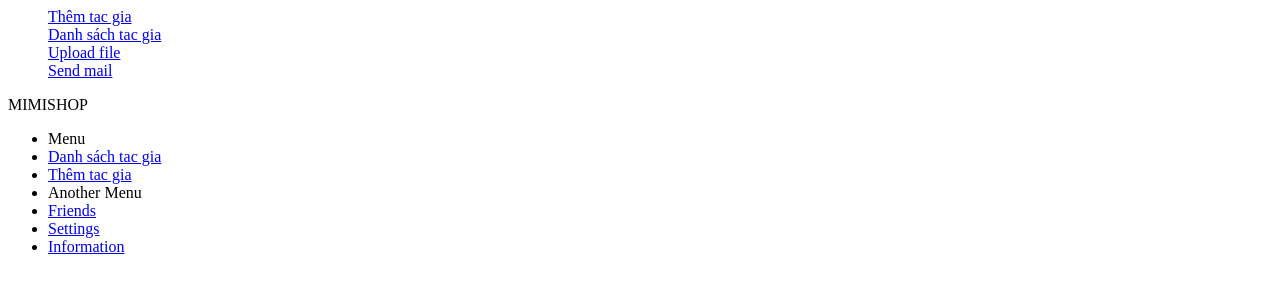
Repository: thienlong9317/testRepo
Page: http://localhost/SpringJDBC/WEB-INF/templates/thuc-don.jsp
These files come from the project's save history. The page is drawn as it stood at one moment and after the next save; the edit follows.
The browser window is 1280 px wide. The pictures show the whole page.
The page is served by Tomcat 9. Nobody is signed in. The template is opened directly, without the code that normally fills it, so the values that code supplies are empty.

Above is the page before, as saved 2020-12-23 03:16:06.

After the next save:
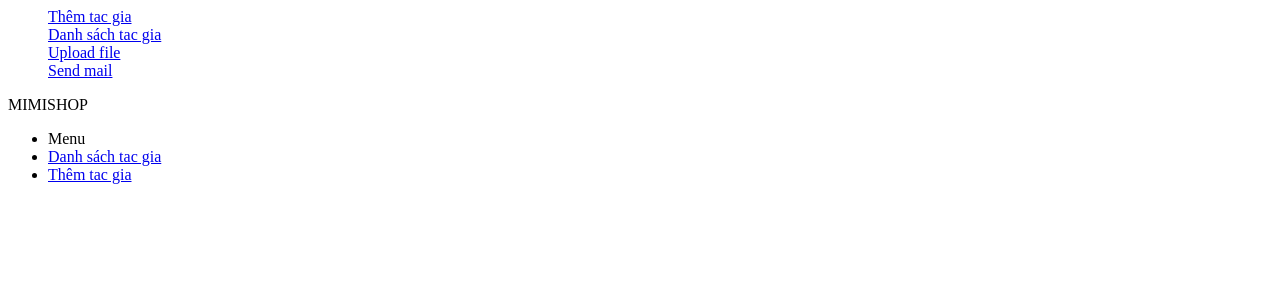
Saved 4 s later.
--- a/eclipse_wp/SpringJDBC/WebContent/WEB-INF/templates/thuc-don.jsp
+++ b/eclipse_wp/SpringJDBC/WebContent/WEB-INF/templates/thuc-don.jsp
@@ -23,7 +23,7 @@
         <i class="fa fa-tachometer" aria-hidden="true"></i> Thêm tac gia
       </a>
     </li>
-    <li class="header">Another Menu</li>
+   <!--  <li class="header">Another Menu</li>
     <li>
       <a href="#">
         <i class="fa fa-users" aria-hidden="true"></i> Friends
@@ -38,7 +38,7 @@
       <a href="#">
         <i class="fa fa-info-circle" aria-hidden="true"></i> Information
       </a>
-    </li>
+    </li> -->
   </ul>
 </div>
 
